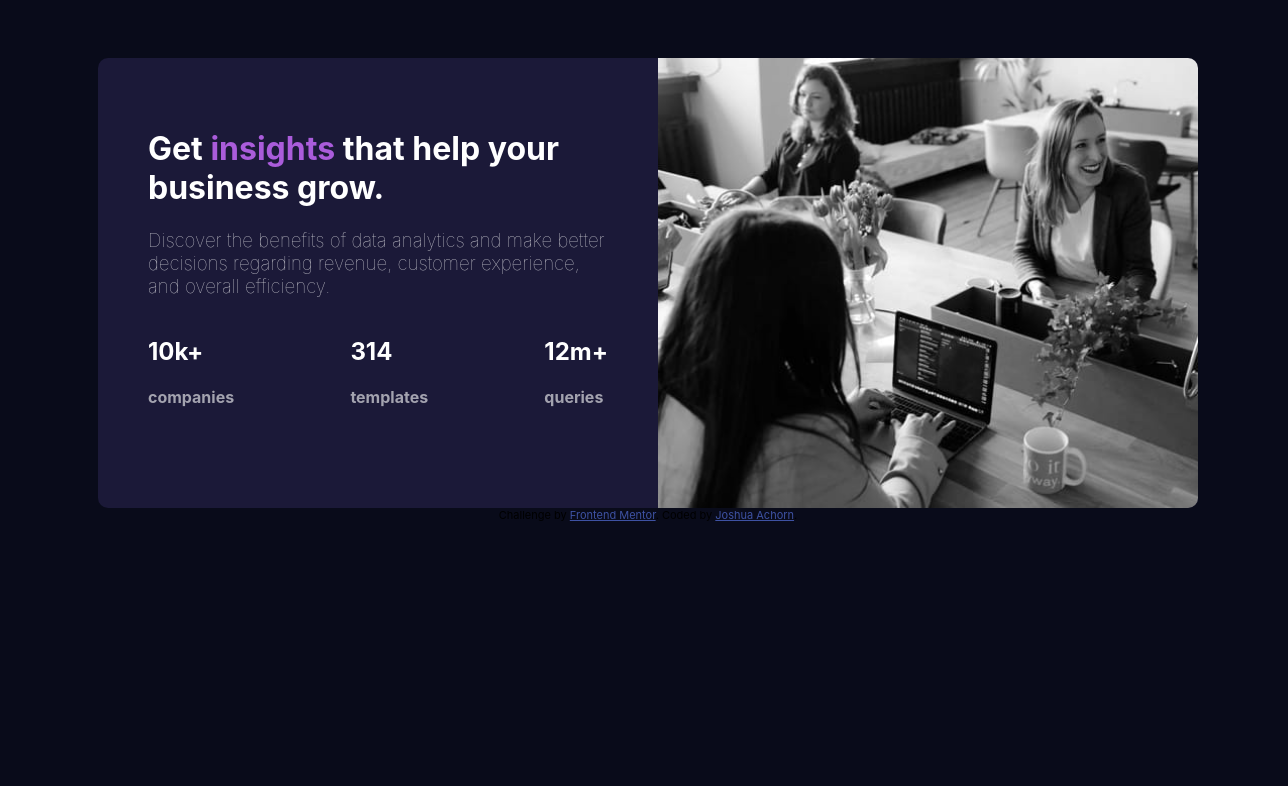
Repository: Achorn/stats-preview-card
Page: index.html
An editor plug-in stored every save of this project. The page is shown before and after the next save, followed by the edit.
The browser window is 1280 px wide. The page is 1288 px wide, so the pictures cover 1288 px, including what lies to the right of the window. The pictures show the whole page.
Some web fonts or font styles are not loaded; a fallback is used.

Above is the page before, as saved 2021-06-16 20:44:00.

### index.html
<!DOCTYPE html>
<html lang="en">
  <head>
    <meta charset="UTF-8" />
    <meta name="viewport" content="width=device-width, initial-scale=1.0" />
    <!-- displays site properly based on user's device -->
    <link rel="stylesheet" href="https://fonts.google.com/specimen/Inter" />
    <link
      rel="stylesheet"
      href="https://fonts.google.com/specimen/Lexend+Deca"
    />

    <link rel="stylesheet" href="styles.css" />
    <link
      rel="icon"
      type="image/png"
      sizes="32x32"
      href="./images/favicon-32x32.png"
    />

    <title>Frontend Mentor | Stats preview card component</title>

    <!-- Feel free to remove these styles or customise in your own stylesheet 👍 -->
    <style>
      .attribution {
        font-size: 11px;
        text-align: center;
      }
      .attribution a {
        color: hsl(228, 45%, 44%);
      }
    </style>
  </head>
  <body>
    <div id="card-container">
      <div id="text-container">
        <div id="title-container">
          <h1 id="title">
            Get <span style="color: hsl(277, 64%, 61%)">insights</span> that
            help your business grow.
          </h1>
          <h3 id="sub">
            Discover the benefits of data analytics and make better decisions
            regarding revenue, customer experience, and overall efficiency.
          </h3>
        </div>

        <div id="desc-container">
          <div id="desc">
            <h2>10k+</h2>
            <h4 id="stat">companies</h4>
          </div>
          <div id="desc">
            <h2>314</h2>
            <h4 id="stat">templates</h4>
          </div>
          <div id="desc">
            <h2>12m+</h2>
            <h4 id="stat">queries</h4>
          </div>
        </div>
      </div>
      <div id="img-container">
        <img id="stat-image" src="./images/image-header-desktop.jpg" alt="" />
      </div>
    </div>
    <div class="attribution">
      Challenge by
      <a href="https://www.frontendmentor.io?ref=challenge" target="_blank"
        >Frontend Mentor</a
      >. Coded by <a href="#">Joshua Achorn</a>.
    </div>
  </body>
</html>

### styles.css
body {
  padding-top: 50px;
  width: 100%;
  /* background-color: white; */
  font-family: "Inter", sans-serif;
  background-color: hsl(233, 47%, 7%);
  height: 100vh;
  /* display: flex;
  flex-direction: column;
  justify-content: center;
  align-items: center; */
  text-align: center;
}

#card-container {
  text-align: left;
  margin: 0 auto;
  overflow: hidden;
  border-radius: 10px;
  width: 90%;
  max-width: 1100px;
  color: white;
  background-color: hsl(244, 38%, 16%);
  display: flex;
}

#text-container {
  padding: 50px;
}
#sub {
  color: hsla(0, 0%, 100%, 0.75);
  font-weight: lighter;
}
#desc-container {
  display: flex;
  justify-content: space-between;
  flex-wrap: wrap;
}

#stat {
  color: hsla(0, 0%, 100%, 0.6);
}
#img-container {
  position: relative;
  z-index: 1;
  /* background: hsl(277, 64%, 61%); */
  margin: 0px;
  display: inline-block;
}
img {
  position: relative;
  z-index: 0;
  width: auto;
  height: 100%;
  /* opacity: 0.5; */
}

@media screen and (max-width: 1000px) {
  #card-container {
    max-width: 600px;
    text-align: center;
    width: 90%;
    flex-direction: column-reverse;
  }
  img {
    width: 100%;
    height: auto;
  }
}

@media screen and (max-width: 500px) {
  #desc-container {
    flex-direction: column;
    justify-content: center;
  }
}

After the next save:
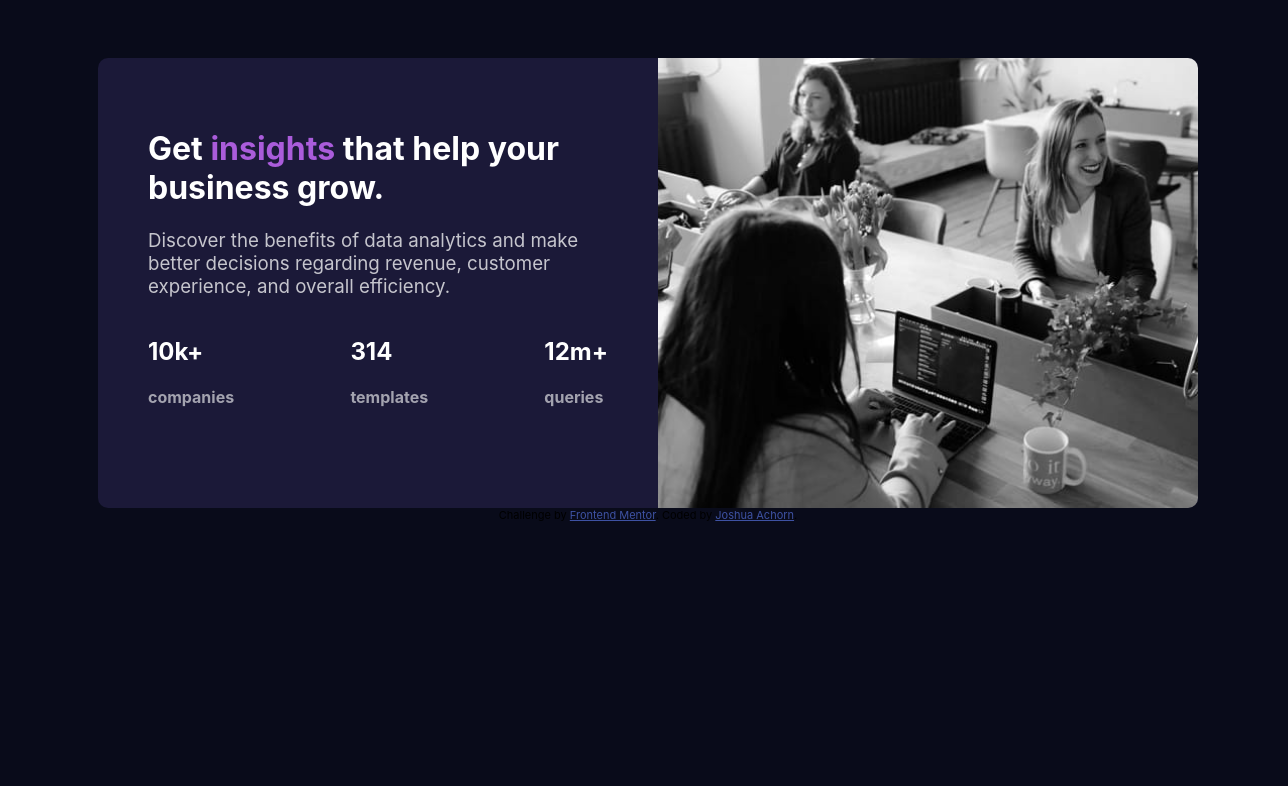
Saved 6 s later.
--- a/styles.css
+++ b/styles.css
@@ -29,7 +29,7 @@ body {
 }
 #sub {
   color: hsla(0, 0%, 100%, 0.75);
-  font-weight: lighter;
+  font-weight: normal;
 }
 #desc-container {
   display: flex;
